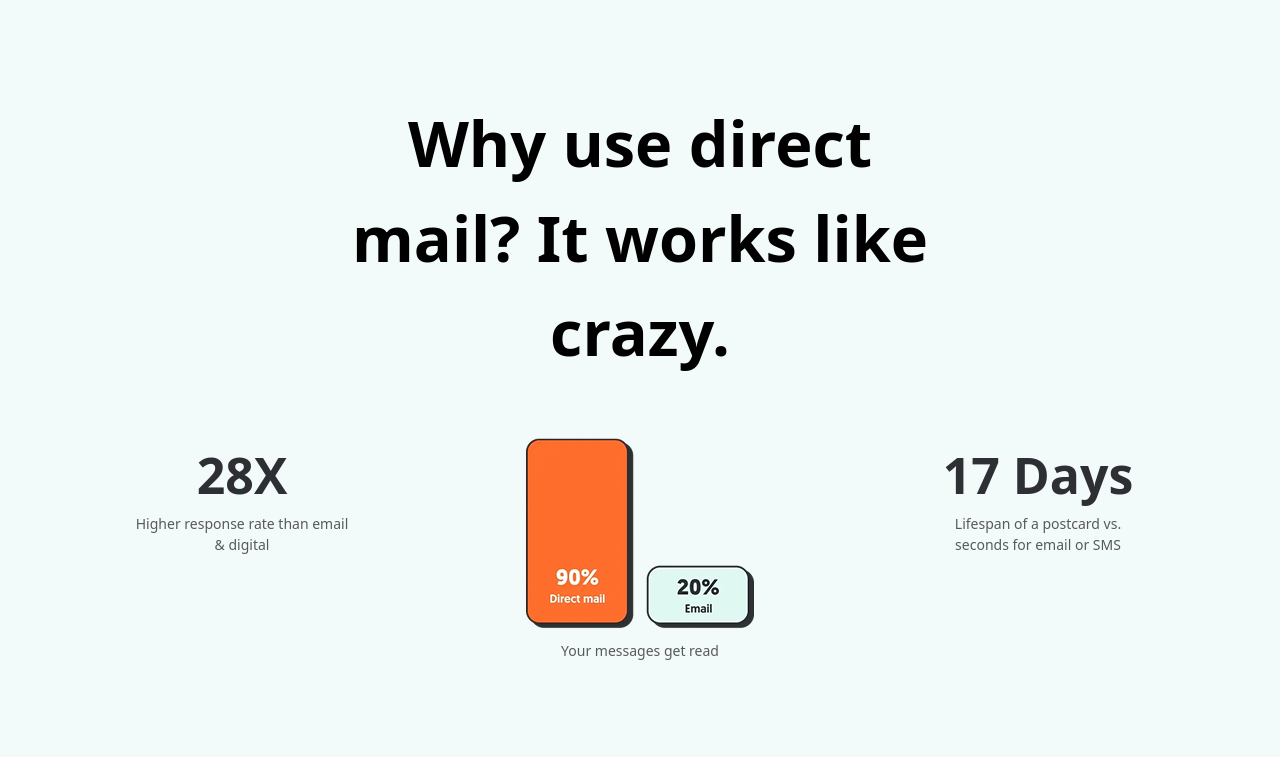
Repository: trusha97/postpilot
Page: mailsende.html
The author's editor kept a copy of each file at every save. The page is drawn from the files as they stood at one save, then again after the next save.
The browser window is 1280 px wide. The pictures show the whole page.
Some web libraries are served in a nearby version.

Above is the page before, as saved 2025-05-21 15:07:11.

### mailsende.html
<!DOCTYPE html>
<html lang="en">

<head>
    <meta charset="UTF-8" />
    <meta name="viewport" content="width=device-width, initial-scale=1.0" />
    <title>mail send</title>
    <!-- Tailwind CSS CDN -->
    <script src="https://cdn.tailwindcss.com"></script>
</head>

<body>
    <div class="bg-[#F3FAFA] py-[96px]">
        <div>
            <p class="text-[63px] max-w-[615px] text-center mx-auto font-bold">Why use direct mail?
                It <span>works</span> like crazy.</p>
        </div>
        <div class="flex flex-wrap justify-center lg:gap-[170px] gap-[60px] mx-auto mt-[58px] ">
            <div class="w-full sm:w-[45%] md:w-[30%] max-w-[228px] text-center">
                <h2 class="text-[63px] font-bold text-[#2E2F35] md:text-[50px] sm:text-[30px]">28X</h2>
                <p class="text-[14px] font-medium text-[#58595D]">
                    Higher response rate than email<br>& digital
                </p>
            </div>
            <div class="w-full sm:w-[45%] md:w-[30%] max-w-[228px] text-center">
                <img src="Assets/images/emailmobile.png" class="mx-auto">
                <p class="text-[14px] font-medium text-[#58595D]">Your messages get read</p>
            </div>
            <div class="w-full sm:w-[45%] md:w-[30%] max-w-[228px] text-center">
                <h2 class="text-[63px] font-bold text-[#2E2F35] md:text-[50px] sm:text-[30px]">17 Days</h2>
                <p class="text-[14px] font-medium text-[#58595D]">
                    Lifespan of a postcard vs.<br>seconds for email or SMS
                </p>
            </div>
        </div>

    </div>
</body>

</html>

After the next save:
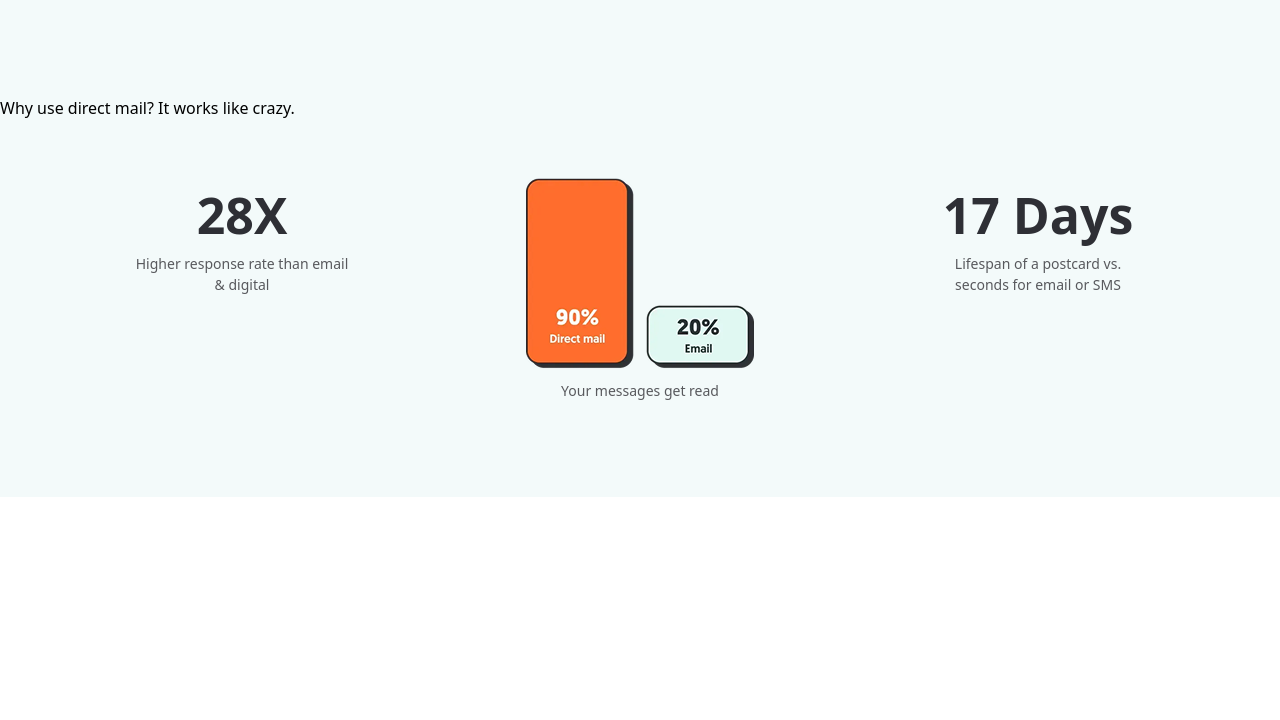
Saved 42 s later.
--- a/mailsende.html
+++ b/mailsende.html
@@ -12,7 +12,7 @@
 <body>
     <div class="bg-[#F3FAFA] py-[96px]">
         <div>
-            <p class="text-[63px] max-w-[615px] text-center mx-auto font-bold">Why use direct mail?
+            <p class="">Why use direct mail?
                 It <span>works</span> like crazy.</p>
         </div>
         <div class="flex flex-wrap justify-center lg:gap-[170px] gap-[60px] mx-auto mt-[58px] ">
